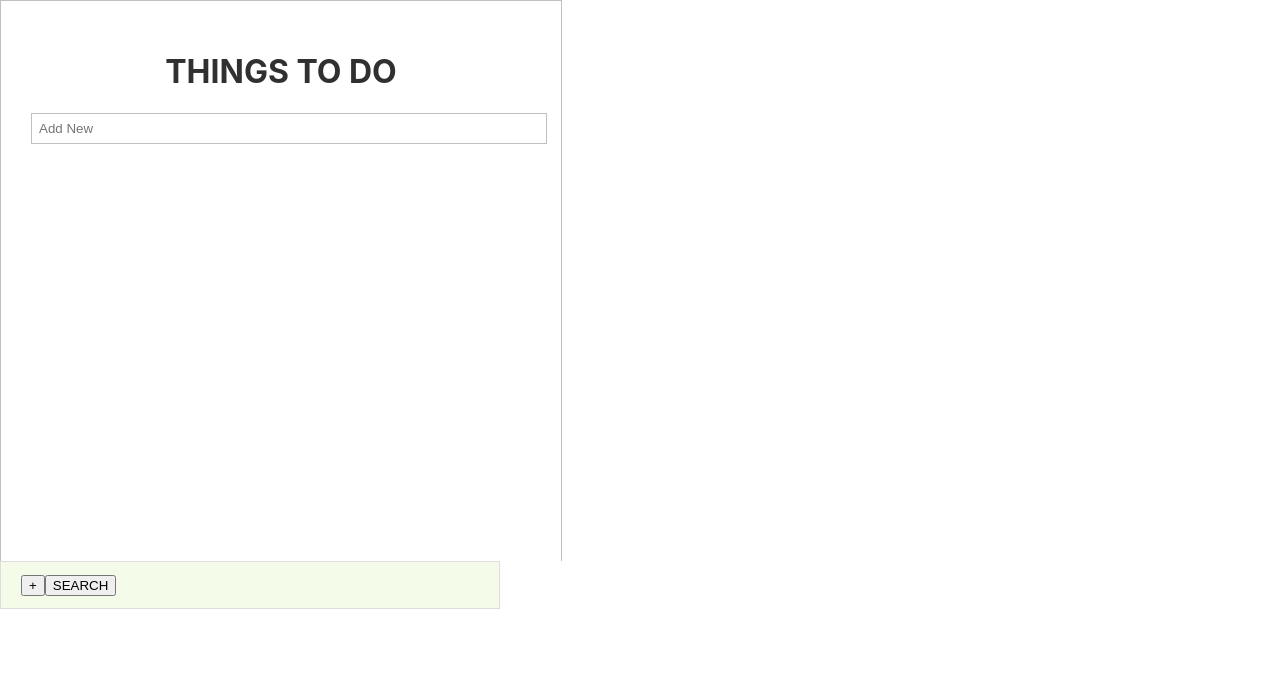
Repository: kirangautam45/To-Do-Application
Page: /
The author's editor kept a copy of each file at every save. The page is drawn from the files as they stood at one save, then again after the next save.
The browser window is 1280 px wide. The pictures show the whole page.
The project was rebuilt for these pictures with package versions that can differ from the ones it lists, and the page was loaded fresh each time.

Above is the page before, as saved 2022-08-11 12:07:21.

### src/App.js
import './App.css';

function App() {
  return (
    <div className="App">
      <div className='To_Body'>
        <h1 className='Header'> THINGS TO DO</h1>
        <input className='Input_text' placeholder='Add New' />
        </div>
        <div className='Wrapper_Icon_group'>
          <div  className='Icon_group'>
          <button className=''>+</button>
          <button>SEARCH</button>
          </div>

        </div>
    </div>
  );
}

export default App;

### src/App.css
.App {
  background-color: #ccc;
  width: 500px;
  align-items: center;

}
.Header{
  text-align: center;
  color:rgb(49, 48, 48);
}
.To_Body{
min-width: 500px;
min-height: 500px ;
justify-content: center;
background-color: #ffffff;
padding: 30px;
border: 1px rgb(192, 191, 191);
    border-top-style: none;
    border-right-style: none;
    border-left-style: none;
border-style: solid solid none;
}
.Input_text{
  outline: none;
  width: 100%;
  padding: 7px;
  border: 1px solid  rgb(192, 191, 191);
  margin-bottom: 2%;
}
.Wrapper_Icon_group{
  height: auto;
  width: auto;
justify-content: space-between;
border: 1px solid #ddd;
background-color: #f4fbe8;
padding: 12px 20px;
font-weight: 300
}
.Icon_group {

}

Loaded but not shown: public/index.html (common file); src/index.js (common file); src/index.css (common file)

After the next save:
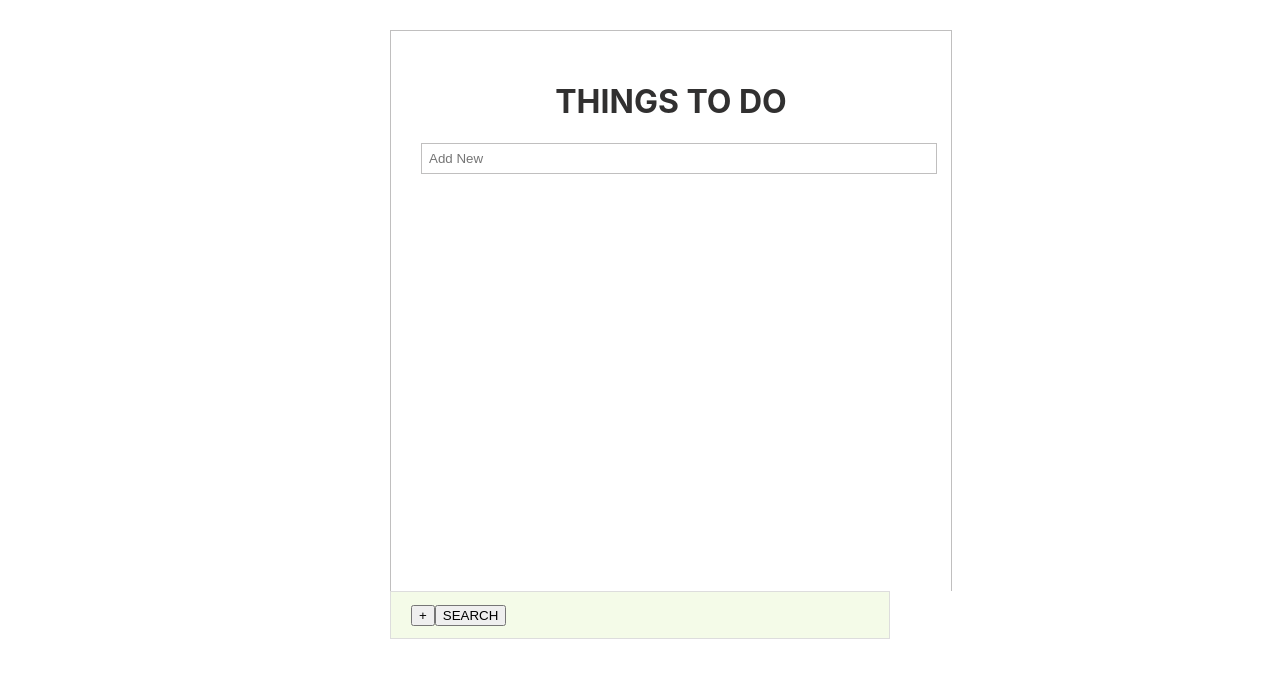
Saved 19 s later.
--- a/src/App.css
+++ b/src/App.css
@@ -1,8 +1,7 @@
 .App {
   background-color: #ccc;
   width: 500px;
-  align-items: center;
-
+margin: 30px auto;
 }
 .Header{
   text-align: center;
@@ -27,7 +26,7 @@
   border: 1px solid  rgb(192, 191, 191);
   margin-bottom: 2%;
 }
-.Wrapper_Icon_group{
+.Icon_group{
   height: auto;
   width: auto;
 justify-content: space-between;

After the 6 saves that followed:
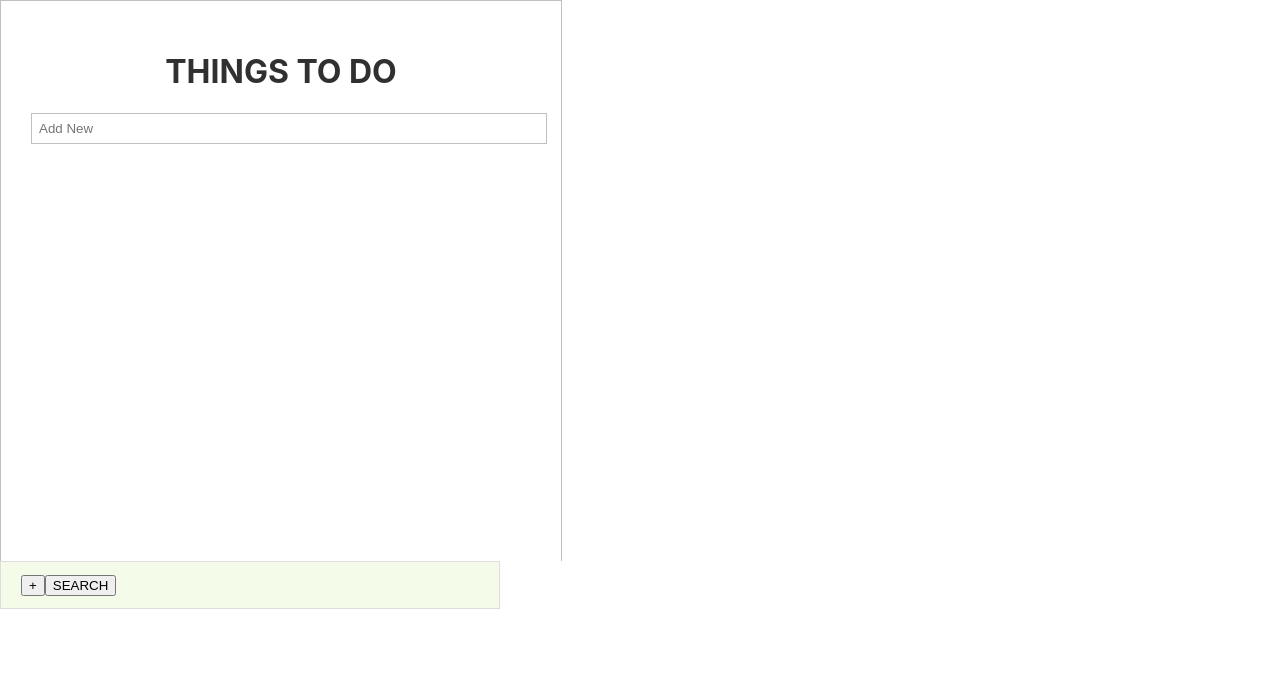
The 6 saves are shown as one change because 2 left the picture as it was and some came seconds apart.
The last was saved 114 s later.
--- a/src/App.css
+++ b/src/App.css
@@ -1,7 +1,10 @@
 .App {
   background-color: #ccc;
   width: 500px;
-margin: 30px auto;
+/* margin: 30px auto; */
+display: 'flex',
+alignItems: 'center',
+justifyContent: 'center'
 }
 .Header{
   text-align: center;
@@ -36,5 +39,6 @@
 font-weight: 300
 }
 .Icon_group {
-
+  height: auto;
+  width: auto;
 }
